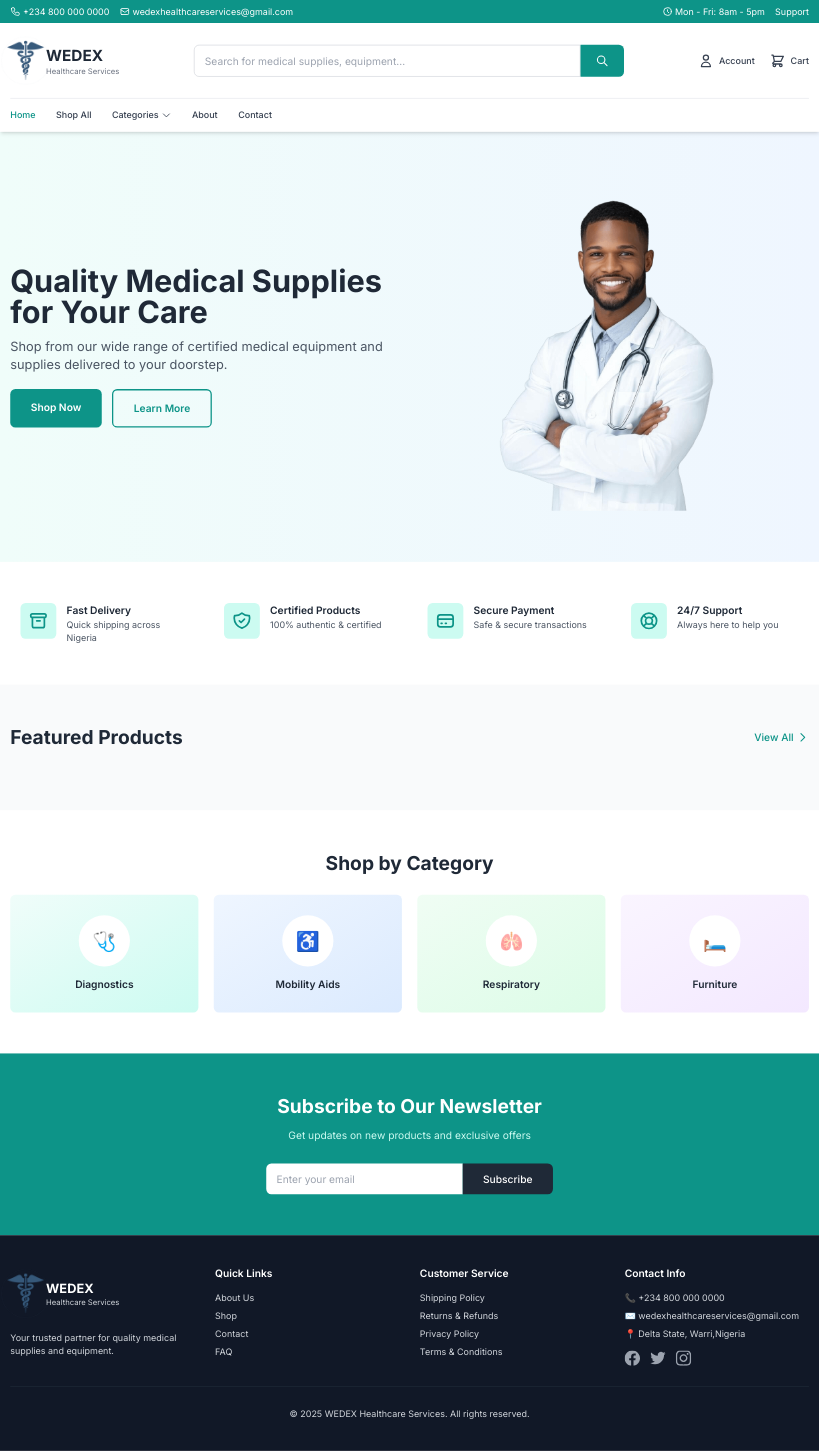
Repository: ICARUSTUDIO/WEDEX
Page: http://localhost/yourproject/
These files come from the project's save history. The page is drawn as it stood at one moment and after the next save; the edit follows.
The browser window is 1280 px wide. The pictures show the whole page, at 64% of full size.
Some web libraries are served in a nearby version. The page is run by PHP 8.4 with error messages shown; the project is at /var/www/html/. Queries for data that is not in the repository find no rows.

Above is the page before, as saved 2025-10-03 11:10:32.

### index.php
<?php
require_once 'config.php';

// Fetch 4 featured products (e.g., latest additions)
try {
    $stmt = $pdo->query("SELECT * FROM products WHERE stock > 0 ORDER BY created_at DESC LIMIT 4");
    $featured_products = $stmt->fetchAll(PDO::FETCH_ASSOC);
} catch (PDOException $e) {
    $featured_products = [];
}

// Check wishlist status for featured products
$wishlist_ids = [];
if (isset($_SESSION['user_id'])) {
    $wishlist_stmt = $pdo->prepare("SELECT product_id FROM wishlist WHERE user_id = ?");
    $wishlist_stmt->execute([$_SESSION['user_id']]);
    $wishlist_ids = $wishlist_stmt->fetchAll(PDO::FETCH_COLUMN);
}
?>
<!DOCTYPE html>
<html lang="en">
<head>
    <meta charset="UTF-8">
    <meta name="viewport" content="width=device-width, initial-scale=1.0">
    <title>WEDEX Healthcare Services - Quality Medical Equipment</title>
    <script src="https://cdn.tailwindcss.com"></script>
    <link href="https://fonts.googleapis.com/css2?family=Inter:wght@300;400;500;600;700;800&display=swap" rel="stylesheet">
    <style> body { font-family: 'Inter', sans-serif; } </style>
</head>
<body class="bg-gray-50">

    <!-- Top Bar -->
    <div class="bg-teal-600 text-white py-2 text-sm">
        <div class="container mx-auto px-4 flex justify-between items-center">
            <div class="flex items-center space-x-4">
                <span class="flex items-center space-x-1">
                    <svg class="w-4 h-4" fill="none" stroke="currentColor" viewBox="0 0 24 24"><path stroke-linecap="round" stroke-linejoin="round" stroke-width="2" d="M3 5a2 2 0 012-2h3.28a1 1 0 01.948.684l1.498 4.493a1 1 0 01-.502 1.21l-2.257 1.13a11.042 11.042 0 005.516 5.516l1.13-2.257a1 1 0 011.21-.502l4.493 1.498a1 1 0 01.684.949V19a2 2 0 01-2 2h-1C9.716 21 3 14.284 3 6V5z"></path></svg>
                    <span>+234 800 000 0000</span>
                </span>
                <span class="hidden md:flex items-center space-x-1">
                     <svg class="w-4 h-4" fill="none" stroke="currentColor" viewBox="0 0 24 24"><path stroke-linecap="round" stroke-linejoin="round" stroke-width="2" d="M3 8l7.89 5.26a2 2 0 002.22 0L21 8M5 19h14a2 2 0 002-2V7a2 2 0 00-2-2H5a2 2 0 00-2 2v10a2 2 0 002 2z"></path></svg>
                    <span>wedexhealthcareservices@gmail.com</span>
                </span>
            </div>
            <div class="flex items-center space-x-4">
                <span class="hidden md:flex items-center space-x-1">
                    <svg class="w-4 h-4" fill="none" stroke="currentColor" viewBox="0 0 24 24"><path stroke-linecap="round" stroke-linejoin="round" stroke-width="2" d="M12 8v4l3 3m6-3a9 9 0 11-18 0 9 9 0 0118 0z"></path></svg>
                    <span>Mon - Fri: 8am - 5pm</span>
                </span>
                <a href="contact.php" class="hover:text-teal-200">Support</a>
            </div>
        </div>
    </div>

    <?php require 'Static/header.php'; ?>

    <!-- Hero Section -->
    <section class="bg-gradient-to-r from-teal-50 to-blue-50 py-20">
        <div class="container mx-auto px-4">
            <div class="flex flex-col md:flex-row items-center">
                <div class="md:w-1/2 mb-8 md:mb-0">
                    <h2 class="text-5xl font-bold text-gray-800 mb-4">Quality Medical Supplies for Your Care</h2>
                    <p class="text-xl text-gray-600 mb-6">Shop from our wide range of certified medical equipment and supplies delivered to your doorstep.</p>
                    <div class="flex space-x-4">
                        <a href="shop.php" class="bg-teal-600 text-white px-8 py-4 rounded-lg font-semibold hover:bg-teal-700 transition">Shop Now</a>
                        <a href="about.php" class="border-2 border-teal-600 text-teal-600 px-8 py-4 rounded-lg font-semibold hover:bg-teal-50 transition">Learn More</a>
                    </div>
                </div>
                <div class="md:w-1/2">
                    <div class="rounded-2xl h-[32rem] flex items-center justify-center">
                         <img class="h-full object-contain" src="images/doctor_homepage.png" alt="Doctor with medical equipment">
                    </div>
                </div>
            </div>
        </div>
    </section>

    <!-- Features Section -->
    <section class="py-12 bg-white">
        <div class="container mx-auto px-4">
            <div class="grid grid-cols-1 md:grid-cols-4 gap-6">
                <div class="flex items-start space-x-4 p-4">
                    <div class="bg-teal-100 p-3 rounded-lg">
                        <svg class="w-8 h-8 text-teal-600" fill="none" stroke="currentColor" viewBox="0 0 24 24"><path stroke-linecap="round" stroke-linejoin="round" stroke-width="2" d="M5 8h14M5 8a2 2 0 110-4h14a2 2 0 110 4M5 8v10a2 2 0 002 2h10a2 2 0 002-2V8m-9 4h4"></path></svg>
                    </div>
                    <div>
                        <h3 class="font-semibold text-gray-800">Fast Delivery</h3>
                        <p class="text-sm text-gray-600">Quick shipping across Nigeria</p>
                    </div>
                </div>
                <div class="flex items-start space-x-4 p-4">
                    <div class="bg-teal-100 p-3 rounded-lg">
                        <svg class="w-8 h-8 text-teal-600" fill="none" stroke="currentColor" viewBox="0 0 24 24"><path stroke-linecap="round" stroke-linejoin="round" stroke-width="2" d="M9 12l2 2 4-4m5.618-4.016A11.955 11.955 0 0112 2.944a11.955 11.955 0 01-8.618 3.04A12.02 12.02 0 003 9c0 5.591 3.824 10.29 9 11.622 5.176-1.332 9-6.03 9-11.622 0-1.042-.133-2.052-.382-3.016z"></path></svg>
                    </div>
                    <div>
                        <h3 class="font-semibold text-gray-800">Certified Products</h3>
                        <p class="text-sm text-gray-600">100% authentic & certified</p>
                    </div>
                </div>
                <div class="flex items-start space-x-4 p-4">
                    <div class="bg-teal-100 p-3 rounded-lg">
                        <svg class="w-8 h-8 text-teal-600" fill="none" stroke="currentColor" viewBox="0 0 24 24"><path stroke-linecap="round" stroke-linejoin="round" stroke-width="2" d="M3 10h18M7 15h1m4 0h1m-7 4h12a3 3 0 003-3V8a3 3 0 00-3-3H6a3 3 0 00-3 3v8a3 3 0 003 3z"></path></svg>
                    </div>
                    <div>
                        <h3 class="font-semibold text-gray-800">Secure Payment</h3>
                        <p class="text-sm text-gray-600">Safe & secure transactions</p>
                    </div>
                </div>
                <div class="flex items-start space-x-4 p-4">
                    <div class="bg-teal-100 p-3 rounded-lg">
                        <svg class="w-8 h-8 text-teal-600" fill="none" stroke="currentColor" viewBox="0 0 24 24"><path stroke-linecap="round" stroke-linejoin="round" stroke-width="2" d="M18.364 5.636l-3.536 3.536m0 5.656l3.536 3.536M9.172 9.172L5.636 5.636m3.536 9.192l-3.536 3.536M21 12a9 9 0 11-18 0 9 9 0 0118 0zm-5 0a4 4 0 11-8 0 4 4 0 018 0z"></path></svg>
                    </div>
                    <div>
                        <h3 class="font-semibold text-gray-800">24/7 Support</h3>
                        <p class="text-sm text-gray-600">Always here to help you</p>
                    </div>
                </div>
            </div>
        </div>
    </section>

    <!-- Featured Products -->
    <section class="py-16 bg-gray-50">
        <div class="container mx-auto px-4">
            <div class="flex items-center justify-between mb-8">
                <h2 class="text-3xl font-bold text-gray-800">Featured Products</h2>
                <a href="shop.php" class="text-teal-600 hover:text-teal-700 font-medium flex items-center">
                    View All<svg class="w-5 h-5 ml-1" fill="none" stroke="currentColor" viewBox="0 0 24 24"><path stroke-linecap="round" stroke-linejoin="round" stroke-width="2" d="M9 5l7 7-7 7"></path></svg>
                </a>
            </div>
            <div class="grid grid-cols-1 sm:grid-cols-2 lg:grid-cols-4 gap-6">
                <?php foreach ($featured_products as $product): ?>
                <div class="bg-white rounded-lg shadow-md overflow-hidden hover:shadow-xl transition group">
                    <div class="relative">
                        <a href="product.php?id=<?php echo $product['id']; ?>">
                            <img src="uploads/<?php echo htmlspecialchars($product['image']); ?>" alt="<?php echo htmlspecialchars($product['name']); ?>" class="w-full h-64 object-cover">
                        </a>
                        <button onclick="addToWishlist(<?php echo $product['id']; ?>, this)" class="absolute top-4 right-4 bg-white p-2 rounded-full shadow-md opacity-0 group-hover:opacity-100 transition">
                             <?php $is_in_wishlist = in_array($product['id'], $wishlist_ids); ?>
                            <svg class="w-5 h-5 text-gray-600 hover:text-red-500 <?php echo $is_in_wishlist ? 'text-red-500 fill-current' : ''; ?>" fill="none" stroke="currentColor" viewBox="0 0 24 24"><path stroke-linecap="round" stroke-linejoin="round" stroke-width="2" d="M4.318 6.318a4.5 4.5 0 000 6.364L12 20.364l7.682-7.682a4.5 4.5 0 00-6.364-6.364L12 7.636l-1.318-1.318a4.5 4.5 0 00-6.364 0z"></path></svg>
                        </button>
                    </div>
                    <div class="p-4">
                        <p class="text-xs text-teal-600 font-medium mb-1"><?php echo htmlspecialchars($product['category']); ?></p>
                        <a href="product.php?id=<?php echo $product['id']; ?>" class="font-semibold text-gray-800 mb-2 hover:text-teal-600 block h-12"><?php echo htmlspecialchars($product['name']); ?></a>
                        <div class="flex items-center justify-between">
                            <p class="text-xl font-bold text-gray-800">₦<?php echo number_format($product['price'], 2); ?></p>
                            <button onclick="addToCart(<?php echo $product['id']; ?>)" class="bg-teal-600 text-white px-4 py-2 rounded-lg hover:bg-teal-700 transition text-sm font-medium">Add to Cart</button>
                        </div>
                    </div>
                </div>
                <?php endforeach; ?>
            </div>
        </div>
    </section>

    <!-- Categories Section -->
    <section class="py-16 bg-white">
        <div class="container mx-auto px-4">
            <h2 class="text-3xl font-bold text-gray-800 mb-8 text-center">Shop by Category</h2>
            <div class="grid grid-cols-2 md:grid-cols-4 gap-6">
                <a href="shop.php?category=Diagnostics" class="group">
                    <div class="bg-gradient-to-br from-teal-50 to-teal-100 rounded-lg p-8 text-center hover:shadow-lg transition">
                        <div class="bg-white w-20 h-20 rounded-full flex items-center justify-center mx-auto mb-4 group-hover:scale-110 transition"><span class="text-3xl">🩺</span></div>
                        <h3 class="font-semibold text-gray-800">Diagnostics</h3>
                    </div>
                </a>
                <a href="shop.php?category=Mobility" class="group">
                    <div class="bg-gradient-to-br from-blue-50 to-blue-100 rounded-lg p-8 text-center hover:shadow-lg transition">
                        <div class="bg-white w-20 h-20 rounded-full flex items-center justify-center mx-auto mb-4 group-hover:scale-110 transition"><span class="text-3xl">♿</span></div>
                        <h3 class="font-semibold text-gray-800">Mobility Aids</h3>
                    </div>
                </a>
                <a href="shop.php?category=Respiratory" class="group">
                    <div class="bg-gradient-to-br from-green-50 to-green-100 rounded-lg p-8 text-center hover:shadow-lg transition">
                        <div class="bg-white w-20 h-20 rounded-full flex items-center justify-center mx-auto mb-4 group-hover:scale-110 transition"><span class="text-3xl">🫁</span></div>
                        <h3 class="font-semibold text-gray-800">Respiratory</h3>
                    </div>
                </a>
                <a href="shop.php?category=Furniture" class="group">
                    <div class="bg-gradient-to-br from-purple-50 to-purple-100 rounded-lg p-8 text-center hover:shadow-lg transition">
                        <div class="bg-white w-20 h-20 rounded-full flex items-center justify-center mx-auto mb-4 group-hover:scale-110 transition"><span class="text-3xl">🛏️</span></div>
                        <h3 class="font-semibold text-gray-800">Furniture</h3>
                    </div>
                </a>
            </div>
        </div>
    </section>

    <!-- Newsletter Section -->
    <section class="py-16 bg-teal-600">
        <div class="container mx-auto px-4 text-center">
            <h2 class="text-3xl font-bold text-white mb-4">Subscribe to Our Newsletter</h2>
            <p class="text-teal-100 mb-8">Get updates on new products and exclusive offers</p>
            <form class="max-w-md mx-auto flex" method="POST" action="subscribe.php">
                <input type="email" name="email" placeholder="Enter your email" class="flex-1 px-4 py-3 rounded-l-lg focus:outline-none" required>
                <button type="submit" class="bg-gray-800 text-white px-8 py-3 rounded-r-lg hover:bg-gray-900 transition font-medium">Subscribe</button>
            </form>
        </div>
    </section>

    <?php require 'Static/footer.php'; ?>

    <script>
    function addToCart(productId) {
        fetch('add_to_cart.php', {
            method: 'POST',
            headers: { 'Content-Type': 'application/x-www-form-urlencoded' },
            body: 'product_id=' + productId + '&quantity=1'
        })
        .then(response => response.json())
        .then(data => {
            if (data.success) {
                alert('Product added to cart!');
                location.reload();
            } else {
                alert(data.message);
            }
        });
    }

    function addToWishlist(productId, buttonElement) {
        fetch('add_to_wishlist.php', {
            method: 'POST',
            headers: { 'Content-Type': 'application/x-www-form-urlencoded' },
            body: 'product_id=' + productId
        })
        .then(response => response.json())
        .then(data => {
            if (data.success) {
                const svg = buttonElement.querySelector('svg');
                if (data.action === 'added') {
                    svg.classList.add('text-red-500', 'fill-current');
                } else {
                    svg.classList.remove('text-red-500', 'fill-current');
                }
                alert(data.message);
            } else {
                alert(data.message);
                if (data.message.toLowerCase().includes('logged in')) {
                    window.location.href = 'login.php';
                }
            }
        })
        .catch(error => console.error('Error:', error));
    }
    </script>
</body>
</html>

### config.php
<?php
// config.php
// Database connection settings

// Turn on error reporting for debugging
error_reporting(E_ALL);
ini_set('display_errors', 1);

// Start the session on every page that includes this file
if (session_status() == PHP_SESSION_NONE) {
    session_start();
}

define('DB_HOST', 'localhost');
define('DB_USER', 'root'); // Replace with your database username
define('DB_PASS', '');     // Replace with your database password
define('DB_NAME', 'wedex_db'); // Replace with your database name

// Establish a database connection using PDO
try {
    $pdo = new PDO("mysql:host=" . DB_HOST . ";dbname=" . DB_NAME, DB_USER, DB_PASS);
    // Set the PDO error mode to exception
    $pdo->setAttribute(PDO::ATTR_ERRMODE, PDO::ERRMODE_EXCEPTION);
} catch (PDOException $e) {
    // If connection fails, stop the script and show an error
    die("ERROR: Could not connect. " . $e->getMessage());
}

// Define a base URL for the project
// This helps in creating absolute paths for links and assets
define('BASE_URL', 'http://' . $_SERVER['HTTP_HOST'] . rtrim(dirname($_SERVER['PHP_SELF']), '/\\') . '/');

?>

Loaded but not shown: Static/footer.php (56 lines, source omitted); Static/header.php (89 lines, source omitted)

After the next save:
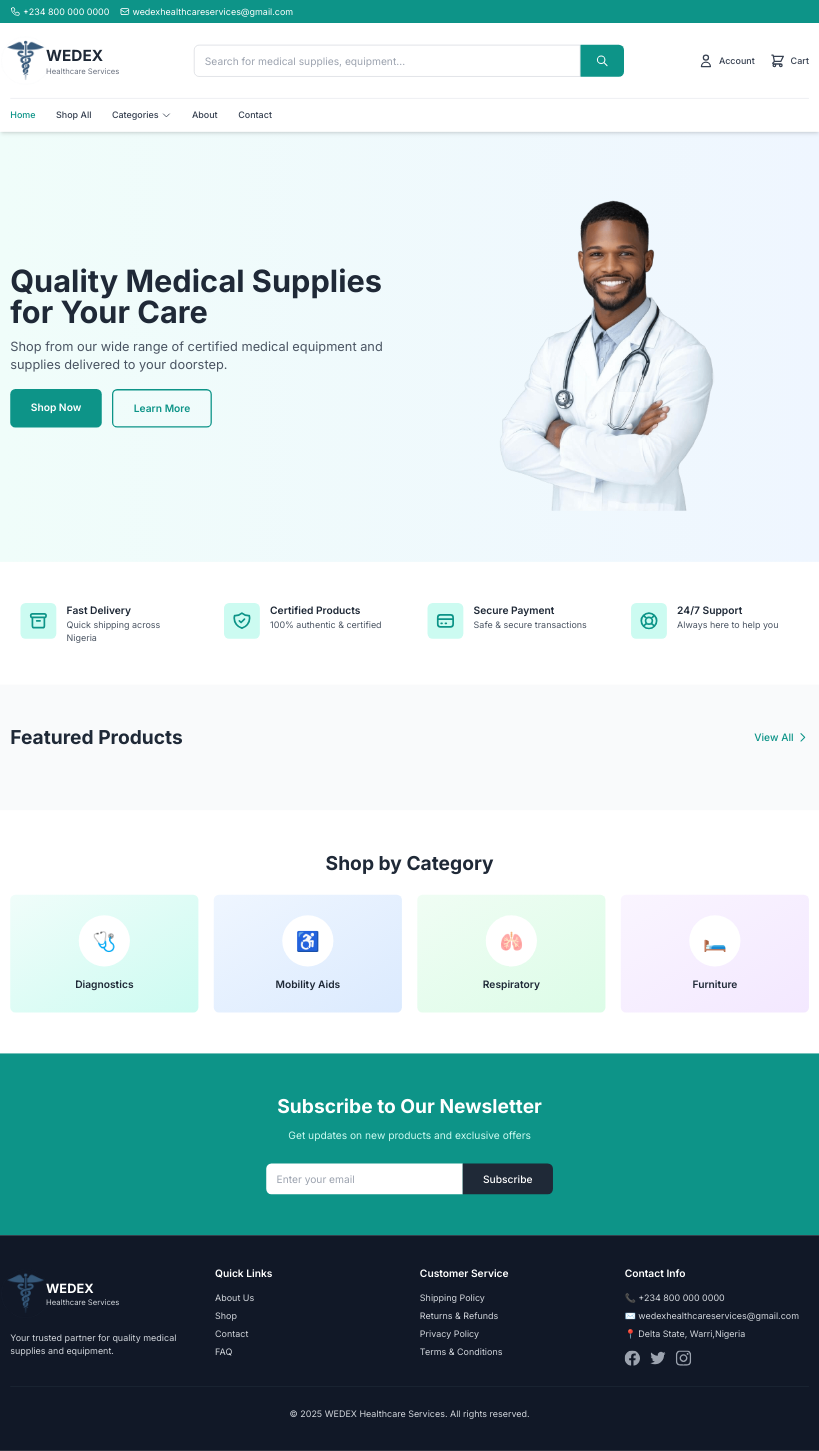
Saved 37 s later.
--- a/index.php
+++ b/index.php
@@ -41,13 +41,6 @@
                      <svg class="w-4 h-4" fill="none" stroke="currentColor" viewBox="0 0 24 24"><path stroke-linecap="round" stroke-linejoin="round" stroke-width="2" d="M3 8l7.89 5.26a2 2 0 002.22 0L21 8M5 19h14a2 2 0 002-2V7a2 2 0 00-2-2H5a2 2 0 00-2 2v10a2 2 0 002 2z"></path></svg>
                     <span>wedexhealthcareservices@gmail.com</span>
                 </span>
-            </div>
-            <div class="flex items-center space-x-4">
-                <span class="hidden md:flex items-center space-x-1">
-                    <svg class="w-4 h-4" fill="none" stroke="currentColor" viewBox="0 0 24 24"><path stroke-linecap="round" stroke-linejoin="round" stroke-width="2" d="M12 8v4l3 3m6-3a9 9 0 11-18 0 9 9 0 0118 0z"></path></svg>
-                    <span>Mon - Fri: 8am - 5pm</span>
-                </span>
-                <a href="contact.php" class="hover:text-teal-200">Support</a>
             </div>
         </div>
     </div>

After the save that followed:
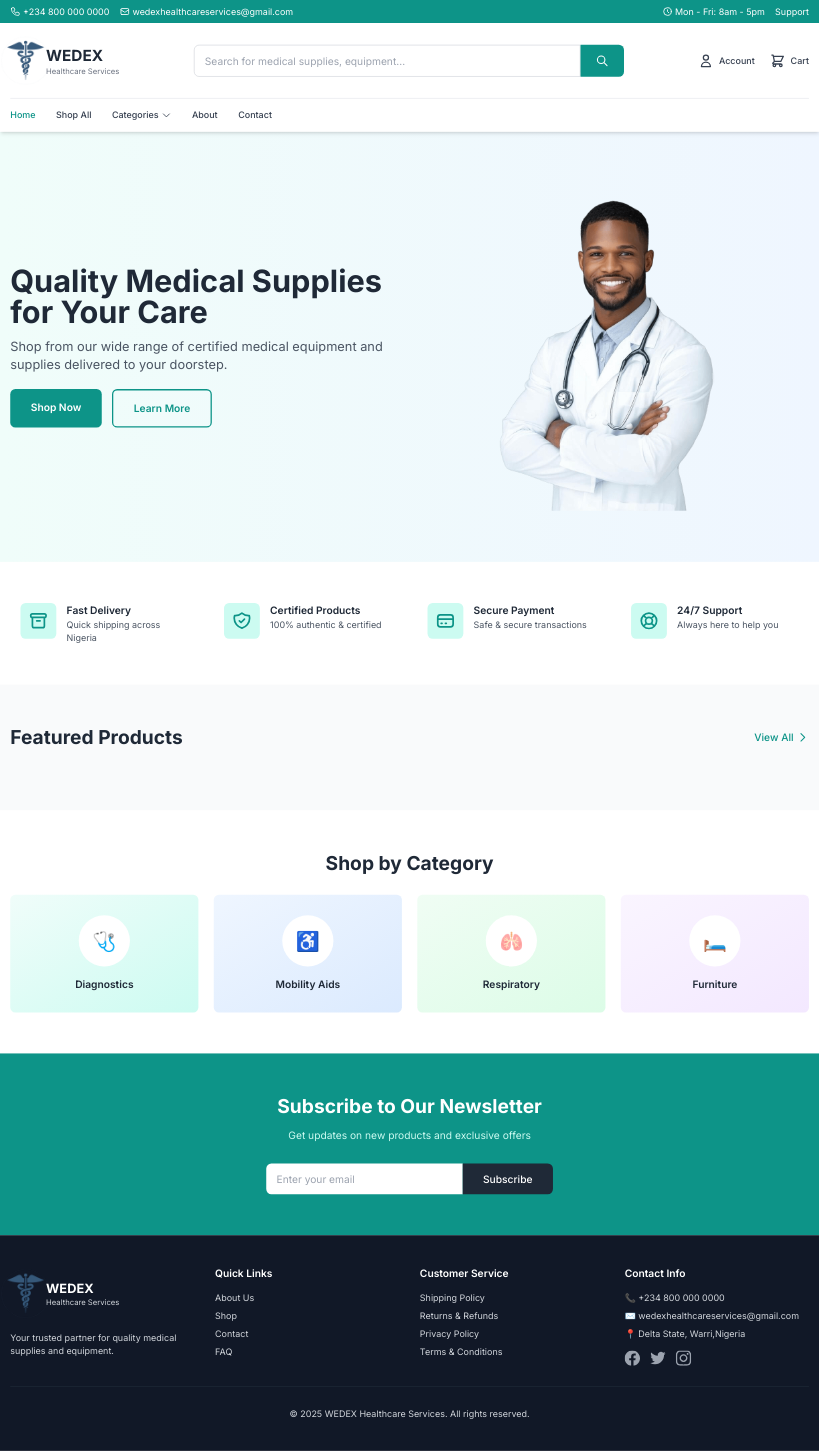
Saved 9 s later.
--- a/index.php
+++ b/index.php
@@ -41,6 +41,13 @@
                      <svg class="w-4 h-4" fill="none" stroke="currentColor" viewBox="0 0 24 24"><path stroke-linecap="round" stroke-linejoin="round" stroke-width="2" d="M3 8l7.89 5.26a2 2 0 002.22 0L21 8M5 19h14a2 2 0 002-2V7a2 2 0 00-2-2H5a2 2 0 00-2 2v10a2 2 0 002 2z"></path></svg>
                     <span>wedexhealthcareservices@gmail.com</span>
                 </span>
+            </div>
+            <div class="flex items-center space-x-4">
+                <span class="hidden md:flex items-center space-x-1">
+                    <svg class="w-4 h-4" fill="none" stroke="currentColor" viewBox="0 0 24 24"><path stroke-linecap="round" stroke-linejoin="round" stroke-width="2" d="M12 8v4l3 3m6-3a9 9 0 11-18 0 9 9 0 0118 0z"></path></svg>
+                    <span>Mon - Fri: 8am - 5pm</span>
+                </span>
+                <a href="contact.php" class="hover:text-teal-200">Support</a>
             </div>
         </div>
     </div>
